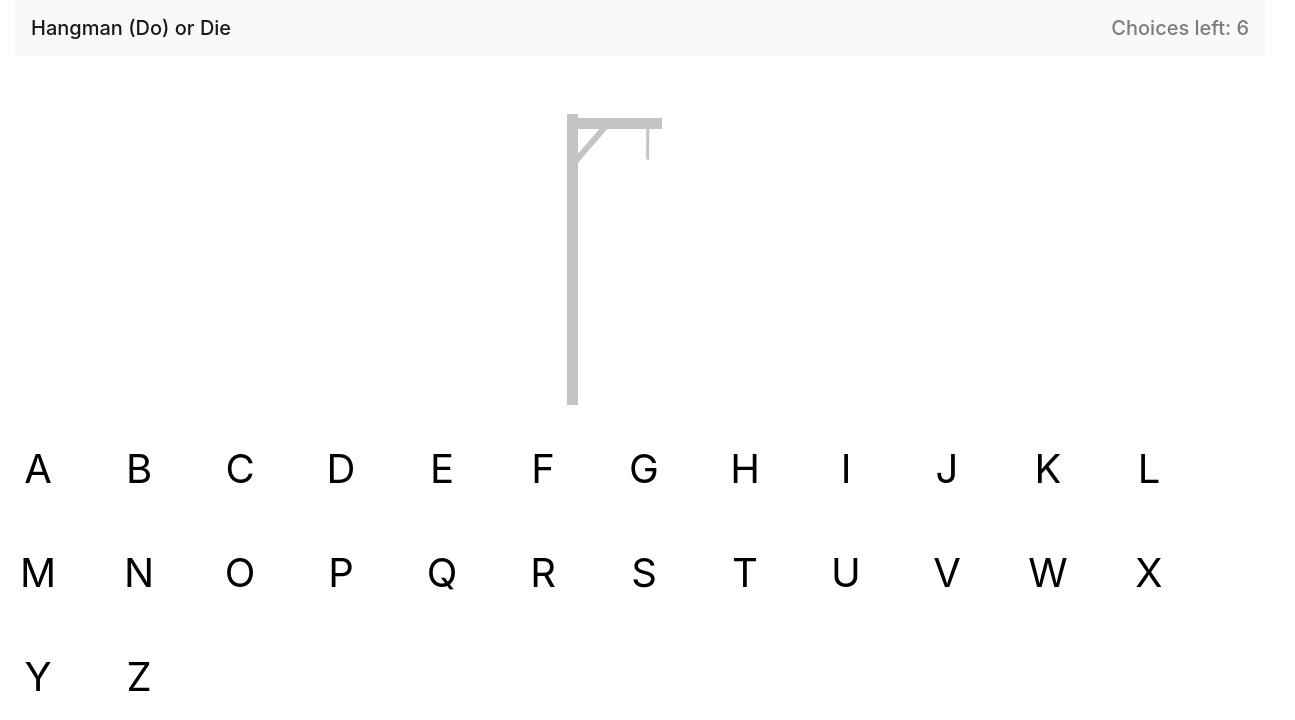
Repository: jatinhchanchlani/hangman
Page: /
These files come from the project's save history. The page is drawn as it stood at one moment and after the next save; the edit follows.
The browser window is 1280 px wide. The page is 1295 px wide, so the pictures cover 1295 px, including what lies to the right of the window. The pictures show the whole page.
The project was rebuilt for these pictures with package versions that can differ from the ones it lists, and the page was loaded fresh each time. Also part of the build but not shown: src/App.css.

Above is the page before, as saved 2020-10-25 11:26:09.

After the next save:
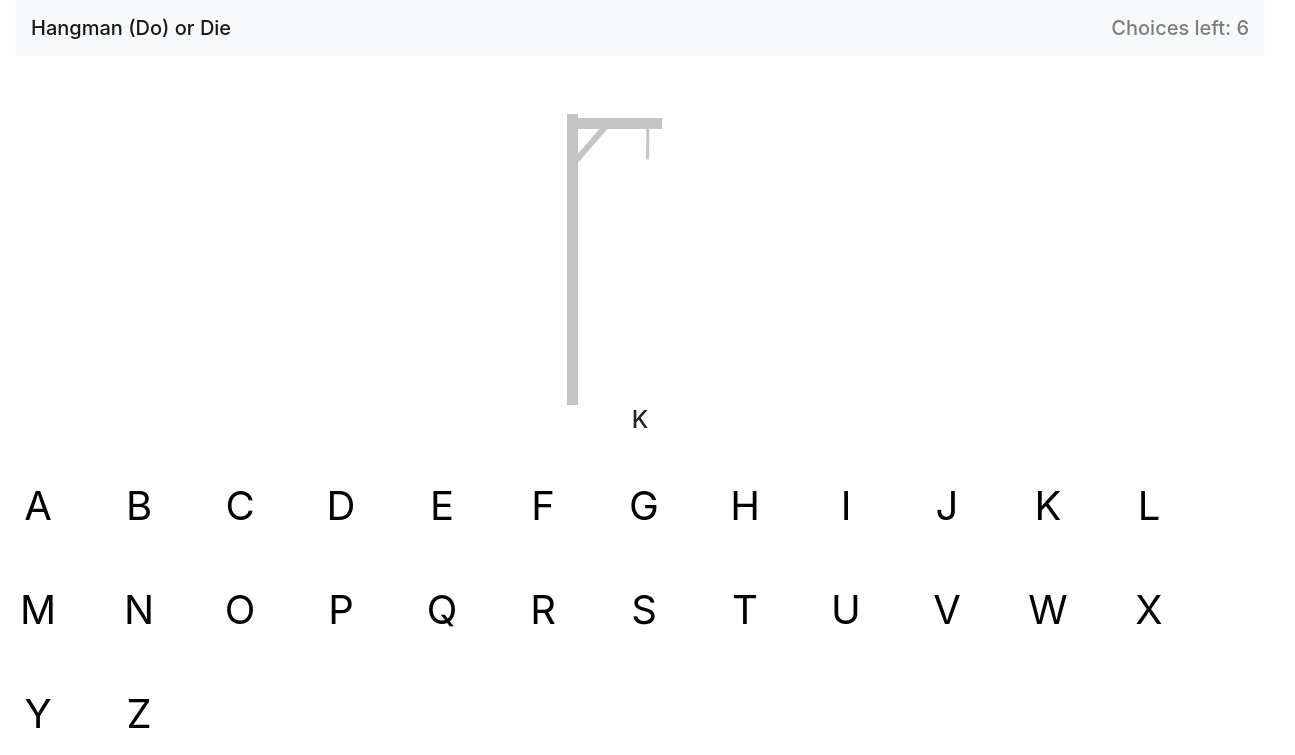
Saved 12 s later.
--- a/src/components/game.jsx
+++ b/src/components/game.jsx
@@ -27,7 +27,7 @@ class Game extends Component {
         </div>
 
         <div className="row d-flex justify-content-center">
-          {/* <CityLetters city={this.state.city} /> */}
+          <CityLetters city={this.state.city} />
         </div>
 
         <div className="row d-flex justify-content-center">
